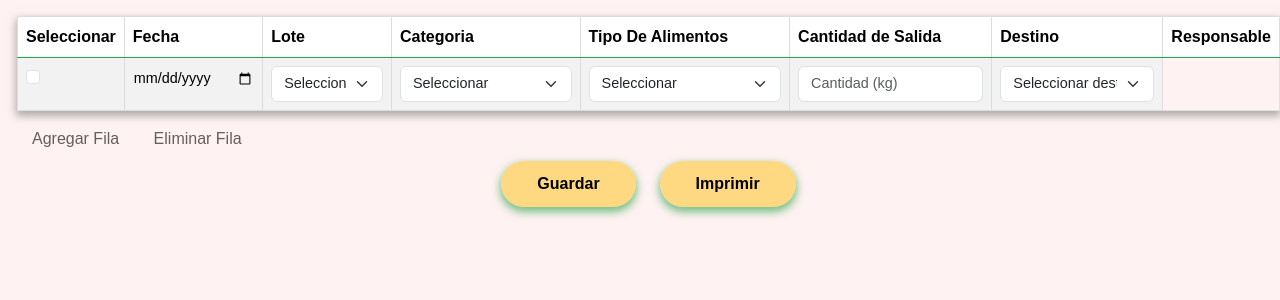
Repository: Mateojimenezz/Granja-Santa-Helena
Page: registroDiarioDeAlimentos.html
An editor plug-in stored every save of this project. The page is shown before and after a run of saves, followed by the edit.
The browser window is 1280 px wide. The pictures show the whole page.
Some web fonts or font styles are not loaded; a fallback is used.

Above is the page before, as saved 2025-04-22 16:08:03.

After the next 2 saves:
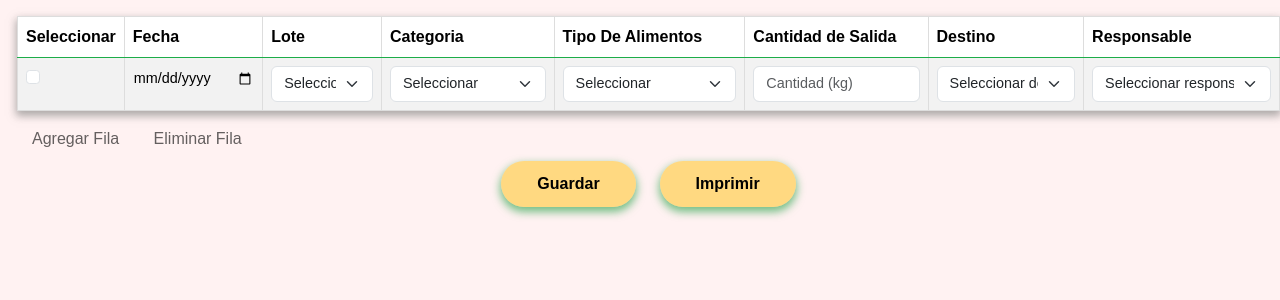
The 2 saves are shown as one change because they came seconds apart.
The last was saved 111 s later.
--- a/registroDiarioDeAlimentos.html
+++ b/registroDiarioDeAlimentos.html
@@ -82,6 +82,18 @@
                   <option value="Ceba">Ceba</option>
                 </select>
               </td>
+              <td>
+                <!-- Selector de Responsables -->
+                <select class="form-select">
+                  <option selected disabled>Seleccionar responsable</option> <!-- Opción predeterminada -->
+                  <option value="Supervisor 1">Supervisor 1</option>
+                  <option value="Supervisor 2">Supervisor 2</option>
+                  <option value="Operador A">Operador A</option>
+                  <option value="Operador B">Operador B</option>
+                  <option value="Encargado de Maternidad">Encargado de Maternidad</option>
+                </select>
+              </td>
+
 
 
 
